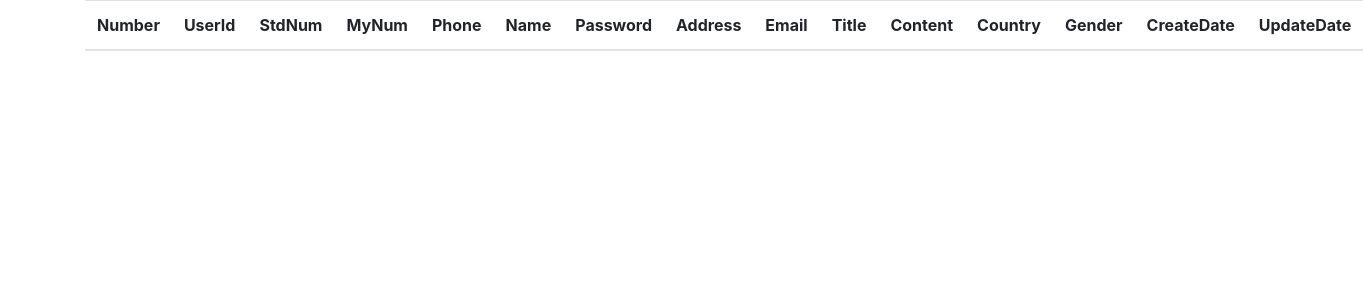
Repository: ken1087/practice
Page: http://localhost/pratice/WEB-INF/views/view.jsp
The author's editor kept a copy of each file at every save. The page is drawn from the files as they stood at one save, then again after the next save.
The browser window is 1280 px wide. The page is 1363 px wide, so the pictures cover 1363 px, including what lies to the right of the window. The pictures show the whole page.
The page is served by Tomcat 9. Nobody is signed in. Other server files are loaded and not shown. The template is opened directly, without the code that normally fills it, so the values that code supplies are empty.

Above is the page before, as saved 2019-09-12 04:32:00.
Console error: TypeError: Cannot read properties of null (reading 'addEventListener')

### pratice/src/main/webapp/WEB-INF/views/view.jsp
<%@ page language="java" contentType="text/html; charset=UTF-8"
    pageEncoding="UTF-8"%>
<%@ taglib prefix="c" uri="http://java.sun.com/jsp/jstl/core" %>
<!DOCTYPE html>
<html>
<head>
<meta charset="UTF-8">
<title>kang homework</title>
<link rel="stylesheet" href="https://maxcdn.bootstrapcdn.com/bootstrap/4.3.1/css/bootstrap.min.css">
<script src="https://ajax.googleapis.com/ajax/libs/jquery/3.4.1/jquery.min.js"></script>
<script src="https://cdnjs.cloudflare.com/ajax/libs/popper.js/1.14.7/umd/popper.min.js"></script>
<script src="https://maxcdn.bootstrapcdn.com/bootstrap/4.3.1/js/bootstrap.min.js"></script>
</head>
<body>
	<div class="container">
		<table id="download_table" class="table">
            <thead>
                <tr>
                	<!--Primary　Keyの項目5個  -->
                    <th>Number</th>
                    <th>UserId</th>
                    <th>StdNum</th>
                    <th>MyNum</th>
                    <th>Phone</th>
					<th>Name</th><!--項目10個追加表示  -->
					<th>Password</th>
					<th>Address</th>
					<th>Email</th>
					<th>Title</th>
					<th>Content</th>
                    <th>Country</th>
                    <th>Gender</th>
                    <th>CreateDate</th>
                    <th>UpdateDate</th>
                </tr>
            </thead>
            <tbody>
            	<c:forEach var="item" items="${user}">	<!-- 		Modelに格納したデータ（users） 		-->
            		<tr>
            			<!--Primary　Keyの項目5個  -->
                   		<td>${item.num}</td>
                   		<td>${item.userid}</td>
                   		<td>${item.stdnum}</td>
                   		<td>${item.mynum}</td>
                   		<td>${item.phone}</td>
                   		<!--項目10個  -->
                   		<td>${item.name}</td>
                   		<td>${item.password}</td>
                   		<td>${item.addr}</td>
                   		<td>${item.email}</td>
                   		<td>${item.title}</td>
                   		<td>${item.content}</td>
                   		<td>${item.country}</td>
                   		<td>${item.gender}</td>
                   		<td>${item.createDate}</td>
                   		<td>${item.updateDate}</td>
                	</tr>
            	</c:forEach>
            </tbody>
        </table>
	</div>
<script> //CSV FILE Download
    function download_csv(csv, filename) {
        var csvFile;
        var downloadLink;

        // CSV FILE
        csvFile = new Blob([csv], {type: "text/csv"});	//データ保存するBlob関数に配列とTypeを入力

        // Download link
        downloadLink 						= document.createElement("a");	//	a domを作成

        // File name
        downloadLink.download 		= filename;	//filenameを付ける

        // We have to create a link to the file
        downloadLink.href 				= window.URL.createObjectURL(csvFile);	//作成したa domにlinkを付ける

        // Make sure that the link is not displayed
        downloadLink.style.display 	= "none";	// 作成したa linkを見えないようにする

        // Lanzamos
        downloadLink.click();	//自動にClickする
    }

    function export_table_to_csv(html, filename) {
    	var csv = [];	//配列宣言
    	var rows = document.querySelectorAll("#download_table tr");	//Tableのtrを全部探す

        for (var i = 0; i < rows.length; i++) {	//trの数でfor文を利用する
    		var row = [], cols = rows[i].querySelectorAll("td, th");	//cols = tr[i]の中にあるtd or thを全部探す

            for (var j = 0; j < cols.length; j++)
                row.push(cols[j].innerText);	//row配列にcolsのTextを挿入

    		csv.push(row.join(","));	//csv配列に一つにした値を渡す
    	}

        // Download CSV
        download_csv(csv.join("\n"), filename);	//download_csvの関数にcsvとファイル名を渡す
    }

    document.querySelector("#download").addEventListener("click", function () {	//　downloadと書いてあるIdをClickすると
        var html = document.querySelector("#download_table").outerHTML;	//download_tableというClassの値を探す
    	export_table_to_csv(html, "table.csv");	//	tableと保存するファイル名を関数export_table_to_csvに渡す
    });
</script>
</body>
</html>

After the next save:
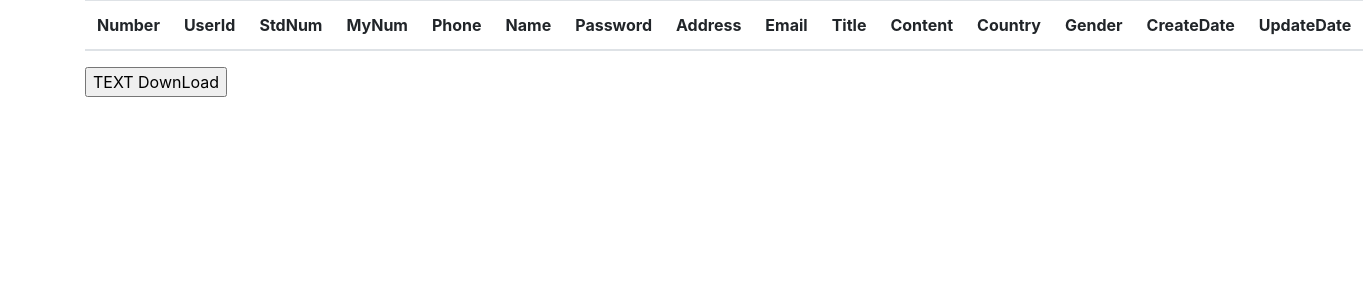
The error is gone.
Saved 45 s later.
--- a/pratice/src/main/webapp/WEB-INF/views/view.jsp
+++ b/pratice/src/main/webapp/WEB-INF/views/view.jsp
@@ -58,6 +58,10 @@
             	</c:forEach>
             </tbody>
         </table>
+        <div>
+            <input type="button" id="download" value="TEXT DownLoad">
+        </div>
+
 	</div>
 <script> //CSV FILE Download
     function download_csv(csv, filename) {
